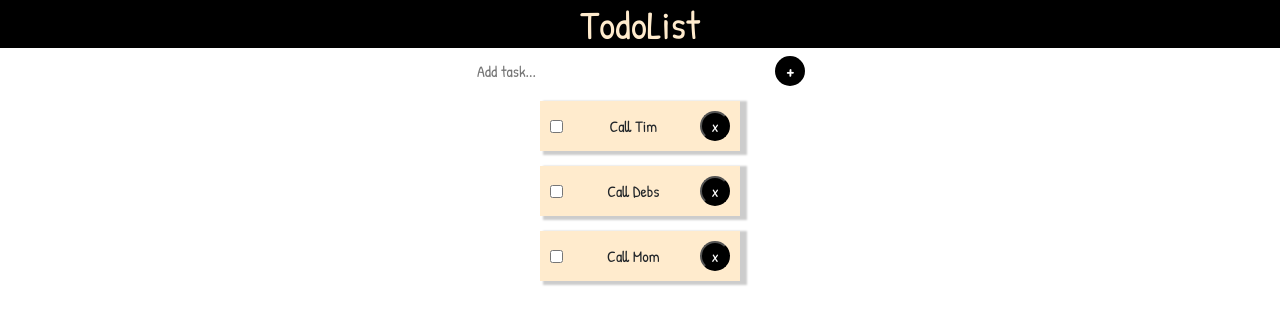
Repository: latenightsnacc/React-Projects
Page: / (app in todolist/)
The author's editor kept a copy of each file at every save. The page is drawn from the files as they stood at one save, then again after the next save.
The browser window is 1280 px wide. The pictures show the whole page.
The project was rebuilt for these pictures with package versions that can differ from the ones it lists, and the page was loaded fresh each time.

Above is the page before, as saved 2020-07-02 13:02:05.

After the next save:
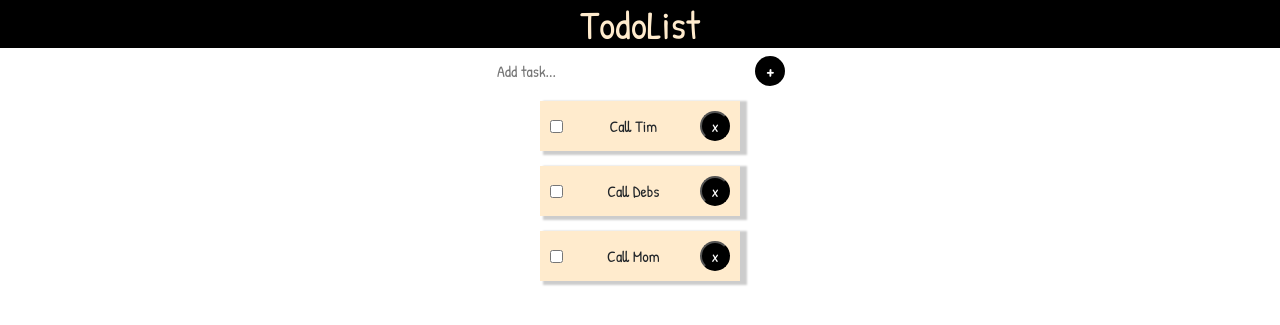
Saved 14 s later.
--- a/todolist/src/styles/App.scss
+++ b/todolist/src/styles/App.scss
@@ -35,7 +35,7 @@
     margin-bottom: 15px;
     color: black;
     padding: 2px;
-    width: 300px;
+    width: 260px;
     &:focus{
         outline:none;
         border-bottom: 1px solid black;
